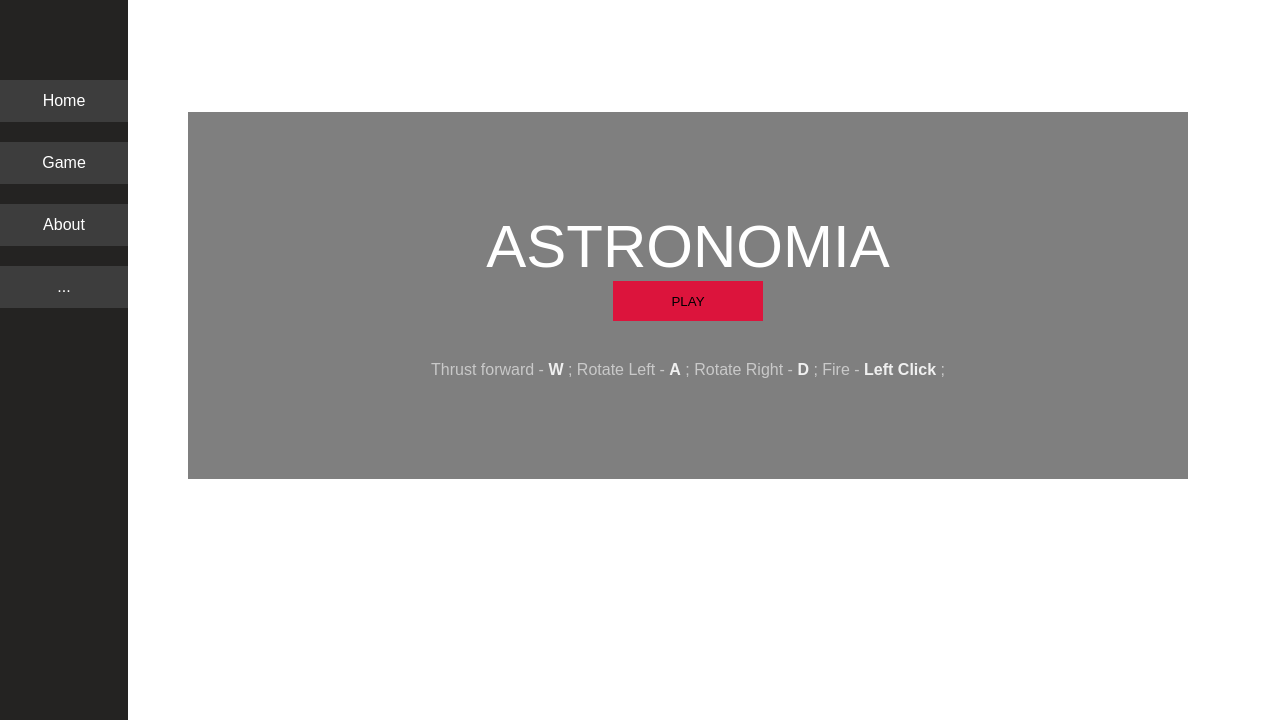
Repository: LaukiniXs/astronomia
Page: index.html
These files come from the project's save history. The page is drawn as it stood at one moment and after the next save; the edit follows.
The browser window is 1280 px wide. The pictures show the whole page.

Above is the page before, as saved 2020-05-18 13:56:27.
Not found: index.ts

### index.html
<html>
	<head>
	<meta charset="UTF-8">
		<title>Fully fledged page</title>
			<link rel="stylesheet" type="text/css" href="style.css">

	</head>
	<body>
		<div id="sidebar">
		<button class="button" style="height:42px; margin-top: 80px;"><a href="">Home</a></button>
		<button class="button" style="height:42px;"><a href="">Game</a></button>
		<button class="button" style="height:42px;"><a href="">About</a></button>
		<button class="button" style="height:42px;"><a href="">...</a></button>
		</div>
		<div id="clearFloat"></div>
		<div id="gamediv">
			<div id="splash">
				<p id="title">ASTRONOMIA</p>
				<button id="play-btn">PLAY</button>
				<p id="controls"> Thrust forward - <span class="controlBtn">W</span> ;
					Rotate Left - <span class="controlBtn">A</span> ;
					Rotate Right - <span class="controlBtn">D</span> ;
					Fire - <span class="controlBtn">Left Click</span> ;</p>
			</div>
			<div class="clearFloat"></div>
			<div id="gameover">
				<p id="gameoverText">Game Over</p>
				<p id="tip">Refresh the page to try again</p>
			</div>
			<div id="log"></div>
			<audio id="backgroundMusic" src="./audio/backgroundMusic.mp3" preload loop></audio>
			<script id="game" src="./index.ts"></script>
		</div>
	</body>

</html>

### style.css
* {
    margin: 0px;
    padding: 0px;
    font-family: Arial, Helvetica, sans-serif;
}
#sidebar {
    float: left;
    background-color:#242322;
    width: 10%;
    height: 100%;
}
.button {
  user-select: none;
  float: left;
    border: 0;
    background: #3d3d3d;
    color: white;
    font-family: Arial, Helvetica, sans-serif;
    font-size: 16px;
    line-height: 18px;
    white-space: nowrap;
    text-decoration: none;
    width: 100%;
    margin: 10px 0;
    cursor: pointer;
  }
  .floatRight{
    float: right;

  }
  .clearFloat{
    clear: both;
  }
  a {
   text-decoration: none;
    color: white;
  }
  #contents{
    word-wrap: break-word;
    float: left;
    width: 40%;
    height: 100%;
    background-color: violet;
  }
  .contentText{
    margin: 50px 10px;
    font-size: 20px;
  }
  #splash {
    user-select: none;
    float: left;
    margin: 0 2px;
    z-index: 10;
    position: absolute;
    background: rgba(0, 0, 0, 0.5);
    width: 1000px;
    padding: 100px 0;
    text-align: center;
}

#play-btn {
    width: 150px;
    height: 40px;
    background-color: crimson;
    border: 0px;
}

#title {
    color: white;
    font-size: 60px;
    font-family: Arial, Helvetica, sans-serif;
}

#controls {
    color: #c9c9c9;
    font-family: Arial, Helvetica, sans-serif;
    padding-top: 40px;
}

.controlBtn {
    font-weight: bold;
    color: #f0f0f0;
}

#gameover {
  float: left;
  margin-left: 2px;
  width: 1000px;
  height: 580px;
    display: none;
    color: white;
    position: absolute;
    background: rgba(0, 0, 0, 0.5);
    width: 1000px;
    text-align: center;
    font-size: 60px;
    font-family: Arial, Helvetica, sans-serif;
}
#tip{
    user-select: none;
    font-size: 20px;
    font-family: Arial, Helvetica, sans-serif;
}
#game{
  margin-top: 30px;
  float: left;
}
#gamediv{
  margin-top: 12px;
  margin-left: 10px;
  float: left;
}
#log{
  float: left;
}
#gameoverText{
  user-select: none;
  margin-top: 200px;
}
#splash{
  margin-top: 100px;
  margin-left: 50px;
}

After the next save:
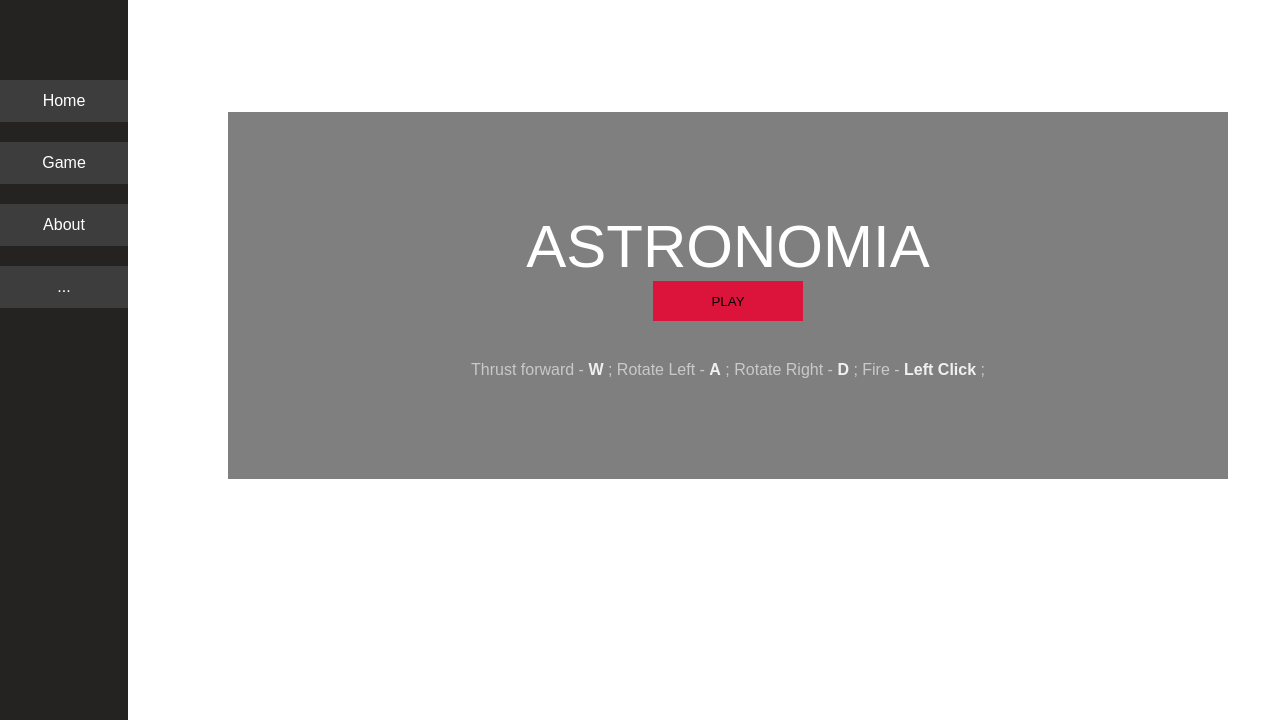
Saved 63 s later.
--- a/style.css
+++ b/style.css
@@ -107,7 +107,7 @@
 }
 #gamediv{
   margin-top: 12px;
-  margin-left: 10px;
+  margin-left: 50px;
   float: left;
 }
 #log{

After the save that followed:
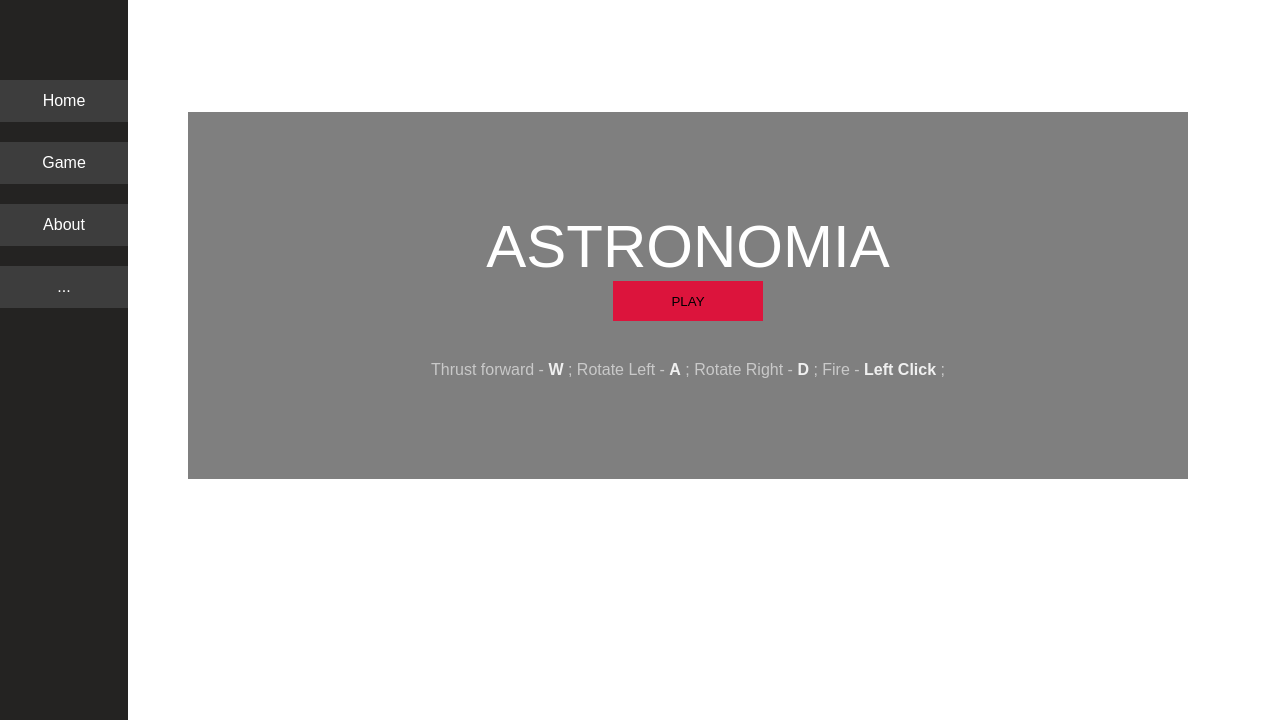
Saved 8 s later.
--- a/style.css
+++ b/style.css
@@ -107,7 +107,7 @@
 }
 #gamediv{
   margin-top: 12px;
-  margin-left: 50px;
+  margin-left: 10px;
   float: left;
 }
 #log{
